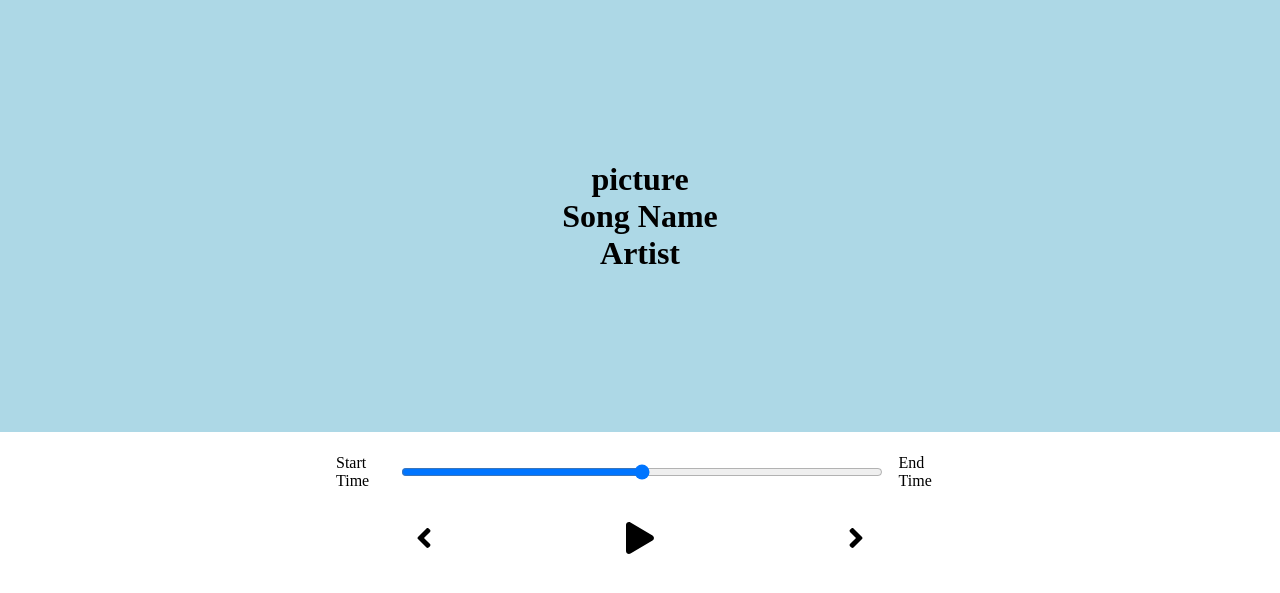
Repository: Elue-dev/music-app
Page: /
These files come from the project's save history. The page is drawn as it stood at one moment and after the next save; the edit follows.
The browser window is 1280 px wide. The pictures show the whole page.
The project was rebuilt for these pictures with package versions that can differ from the ones it lists, and the page was loaded fresh each time.

Above is the page before, as saved 2020-11-09 00:03:45.

### src/index.js
import React from 'react';
import ReactDOM from 'react-dom';
import "./styles/app.scss";

import App from './App';
import reportWebVitals from './reportWebVitals';

ReactDOM.render(
  <React.StrictMode>
    <App />
  </React.StrictMode>,
  document.getElementById('root')
);

// If you want to start measuring performance in your app, pass a function
// to log results (for example: reportWebVitals(console.log))
// or send to an analytics endpoint. Learn more: https://bit.ly/CRA-vitals
reportWebVitals();

### src/styles/app.scss
*{
    margin: 0;
    padding: 0;
    box-sizing: border-box;
}
@import "./player";
@import "./song"

### src/App.js
import React from 'react';
// adding components
import Player from './components/Player';
import Song from './components/Song';
// import styles
import "./styles/app.scss";


function App() {
  return (
    <div className="App">
   <Song />
   <Player />
    </div>
  );
}

export default App;

### src/styles/_player.scss
.player{
    min-height: 20vh;
    display: flex;
    flex-direction: column;
    align-items: center;
    justify-content: center;
}

.time-control{
    width: 50%;
    display: flex;
    input{
        width: 100%;
        padding: 1rem 2rem;
    }
    p{
        padding: 1rem;
    }

}
.play-control{
    display: flex;
    justify-content: space-between;
    align-items: center;
    padding: 1rem;
    width: 30rem;
    svg{
        cursor: pointer;
    }
}

### src/styles/_song.scss
.song-container{
    min-height: 60vh;
    background: lightblue;
    display: flex;
    flex-direction: column;
    align-items: center;
    justify-content: center;
}

### src/components/Player.js
import React from 'react';
import {FontAwesomeIcon } from '@fortawesome/react-fontawesome';
import { faPlay, faAngleLeft, faAngleRight } from '@fortawesome/free-solid-svg-icons';


const Player = () => {
    return (
        <div className="player">
          <div className="time-control">
              <p>Start Time</p>
              <input type="range" />
              <p>End Time</p>
          </div>
          <div className="play-control">
              <FontAwesomeIcon className="skip-back" size="2x" icon={faAngleLeft} />

              <FontAwesomeIcon className="play" size="2x" icon={faPlay} />

              <FontAwesomeIcon className="skip-forward"size="2x" icon={faAngleRight} />

          </div>
        </div>
    )
}


export default Player

### src/components/Song.js
import React from 'react';


const Song = () => {
    return (
        <div className="song-container">
          <h1>picture</h1>
          <h1>Song Name</h1>
          <h1>Artist</h1>
        </div>
    )
}


export default Song

Loaded but not shown: src/reportWebVitals.js (common file)

After the next save:
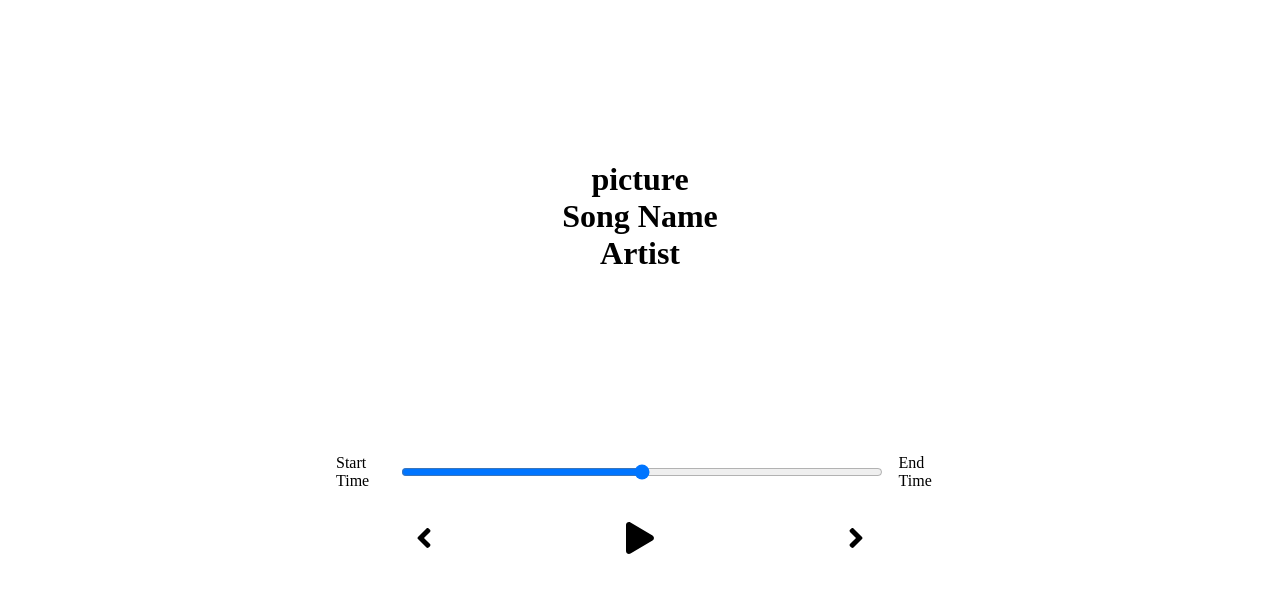
Saved 13 s later.
--- a/src/styles/_song.scss
+++ b/src/styles/_song.scss
@@ -1,6 +1,5 @@
 .song-container{
     min-height: 60vh;
-    background: lightblue;
     display: flex;
     flex-direction: column;
     align-items: center;
